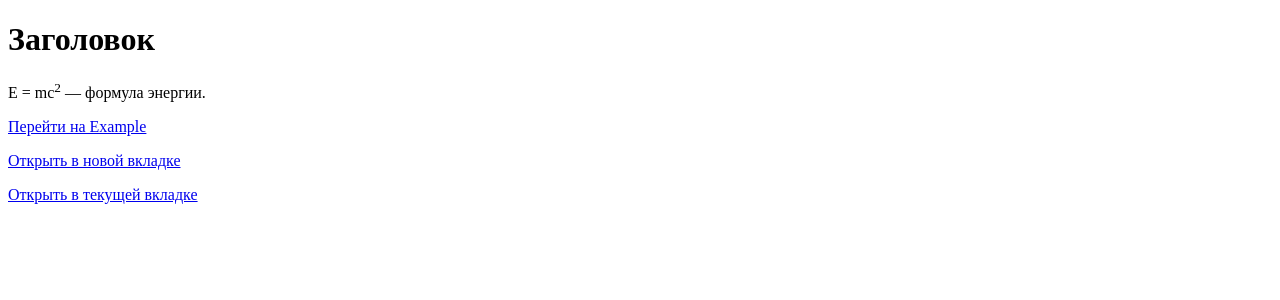
Repository: sannikovcode/exercises-a1
Page: JS/test1/task4/index.html
The author's editor kept a copy of each file at every save. The page is drawn from the files as they stood at one save, then again after the next save.
The browser window is 1280 px wide. The pictures show the whole page.

Above is the page before, as saved 2025-10-16 16:55:08.

After the next save:
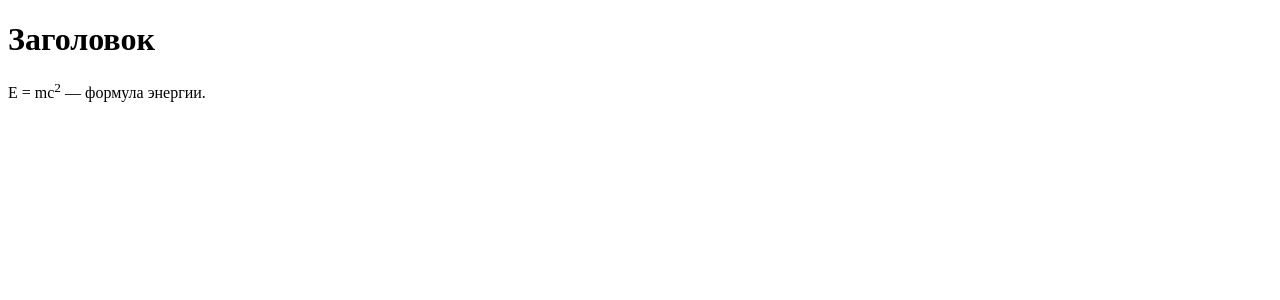
Saved 3 min 19 s later.
--- a/JS/test1/task4/index.html
+++ b/JS/test1/task4/index.html
@@ -12,12 +12,8 @@
 
     <p>E = mc<sup>2</sup> — формула энергии.</p>
 
+    <p><a href="https://example.com" target="_blank"></a></p>
 
-
-    <p><a href="https://example.com">Перейти на Example</a></p>
-
-    <p><a href="https://example.com" target="_blank" rel="noopener noreferrer">Открыть в новой вкладке</a></p>
-    <p><a href="page.html" target="_self">Открыть в текущей вкладке</a></p>
 
 
 
